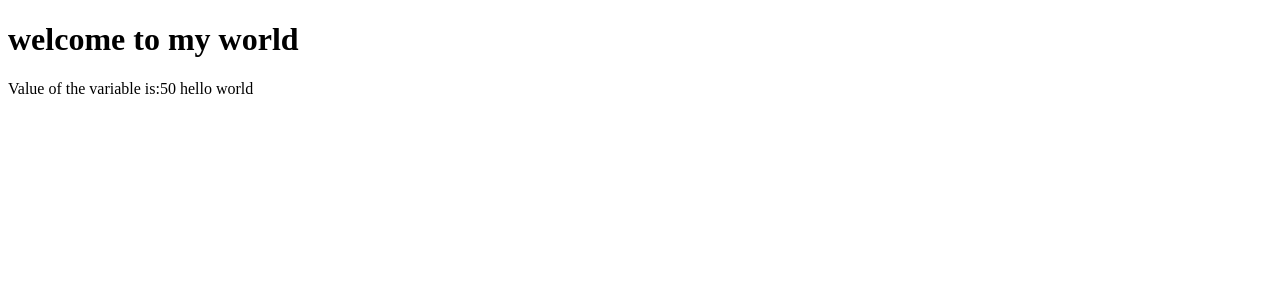
Repository: ifpi98/java_e
Page: http://localhost/jspproject/test1.jsp
These files come from the project's save history. The page is drawn as it stood at one moment and after the next save; the edit follows.
The browser window is 1280 px wide. The pictures show the whole page.
The page is served by Tomcat 9.

Above is the page before, as saved 2023-07-06 02:24:44.

After the next save:
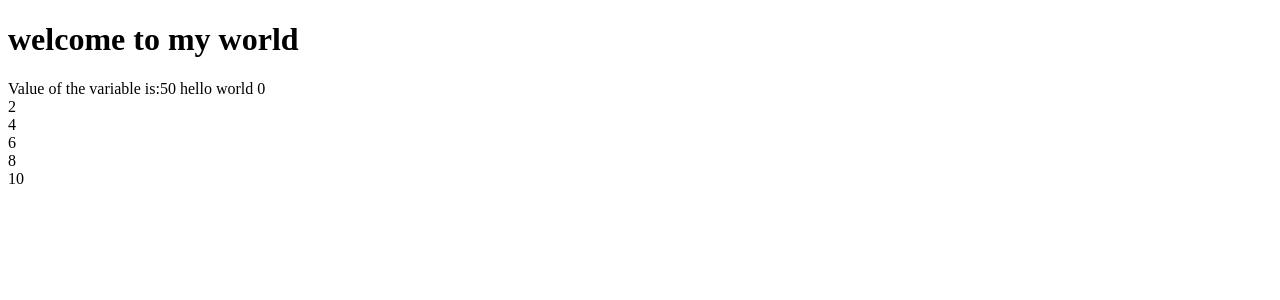
Saved 3 min 43 s later.
--- a/jspproject/src/main/webapp/test1.jsp
+++ b/jspproject/src/main/webapp/test1.jsp
@@ -19,5 +19,11 @@
 
 	<% out.println(makeItLower("Hello World")); %>
 
+	<%
+	for (int i = 0; i <= 10; i++){
+		if(i%2 == 0)
+			out.println(i + "<br>");
+	}%>
+
 </body>
 </html>
